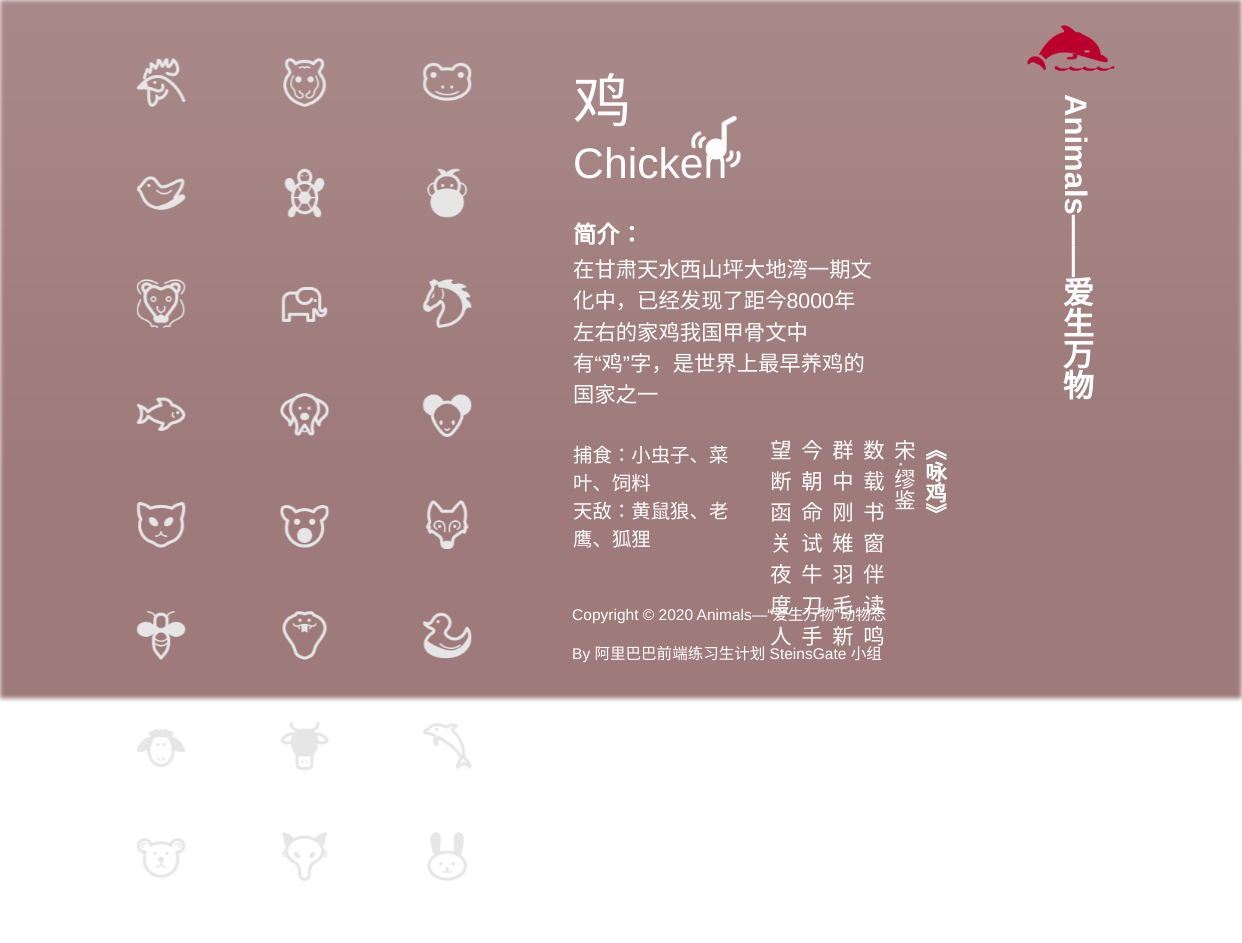
Repository: Whiskeyi/Animals
Page: /
These files come from the project's save history. The page is drawn as it stood at one moment and after the next save; the edit follows.
The browser window is 1280 px wide. The pictures show the whole page, at 97% of full size.
The project was rebuilt for these pictures with package versions that can differ from the ones it lists, and the page was loaded fresh each time.

Above is the page before, as saved 2021-11-17 22:44:40.

After the next save:
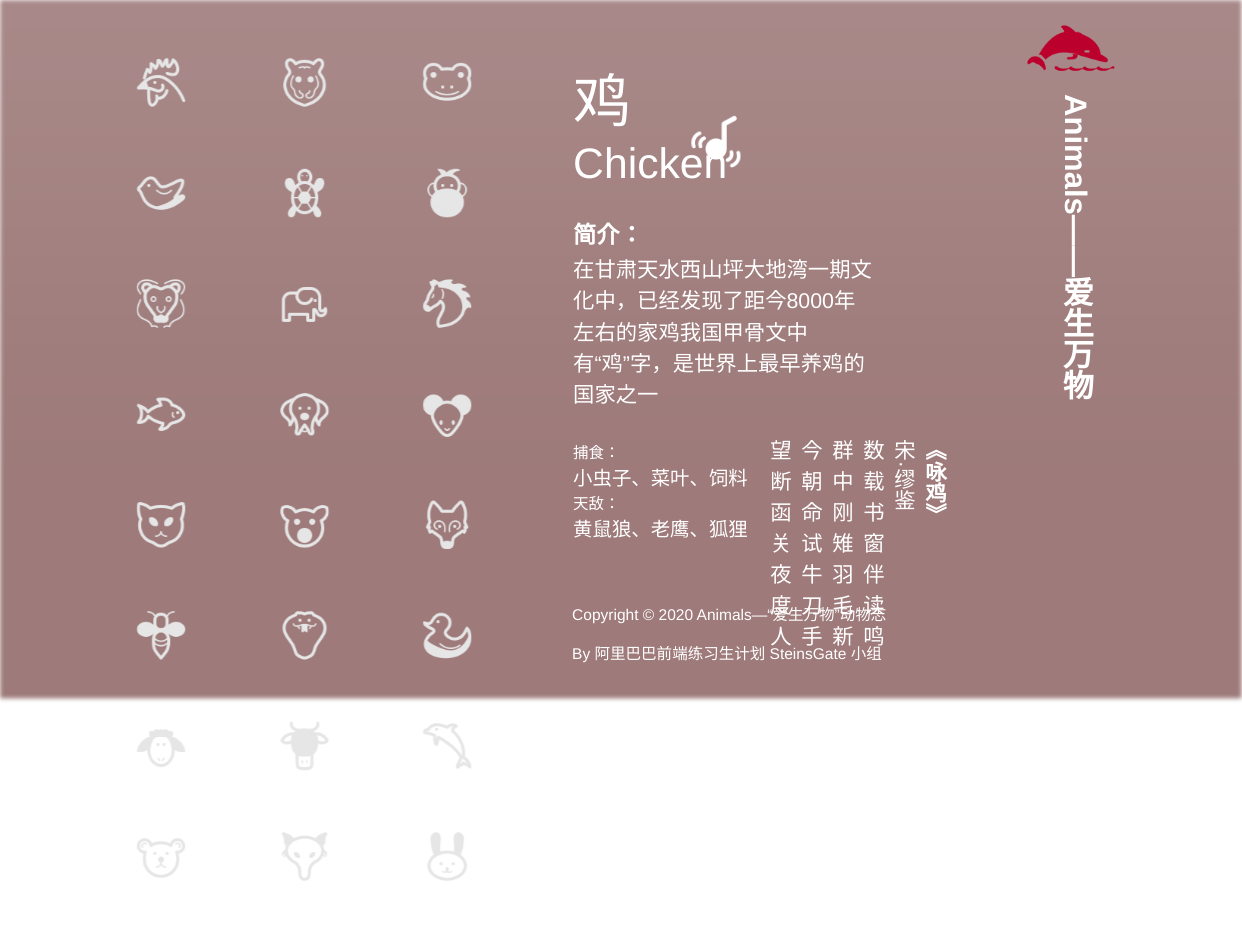
Saved 29 s later.
--- a/src/components/Info/habbit-poem/index.vue
+++ b/src/components/Info/habbit-poem/index.vue
@@ -2,9 +2,9 @@
   <div class="habPoem">
        <el-row class="habContainer">
            <el-col class="habContent" :span="10">
-              <span>捕食：</span>
+              <div>捕食：</div>
               <span id="food" class="foodTitle">{{ food }}</span><br>
-              <span>天敌：</span>
+              <div>天敌：</div>
               <span id="enemy" class="enemyTitle">{{ enemy }}</span>
             </el-col>
            <el-col class="poem" :span="8">
